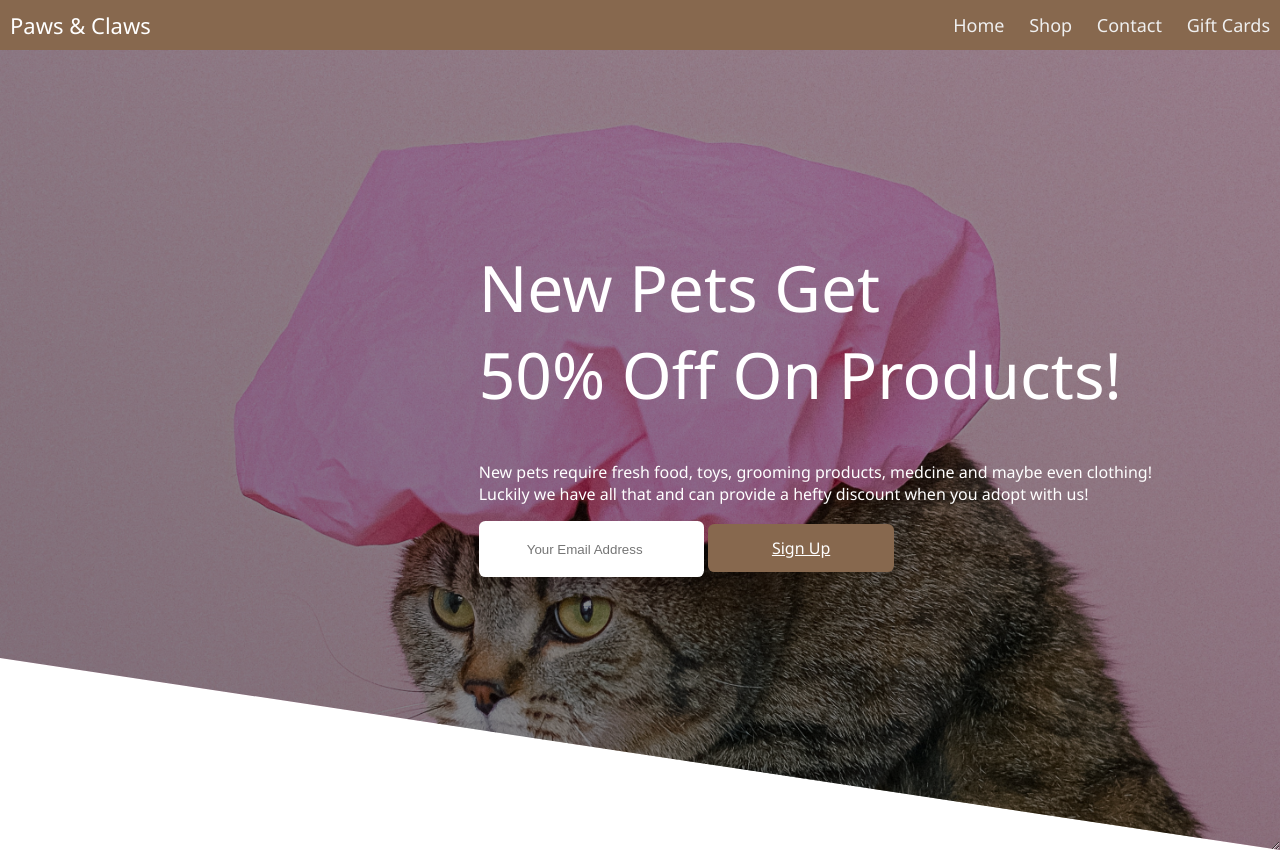
Repository: LtGriff/petProject
Page: dist/about.html
These files come from the project's save history. The page is drawn as it stood at one moment and after a run of saves; the edit follows.
The browser window is 1280 px wide. The pictures show the whole page.

Above is the page before, as saved 2022-05-19 07:52:24.

After the next 4 saves:
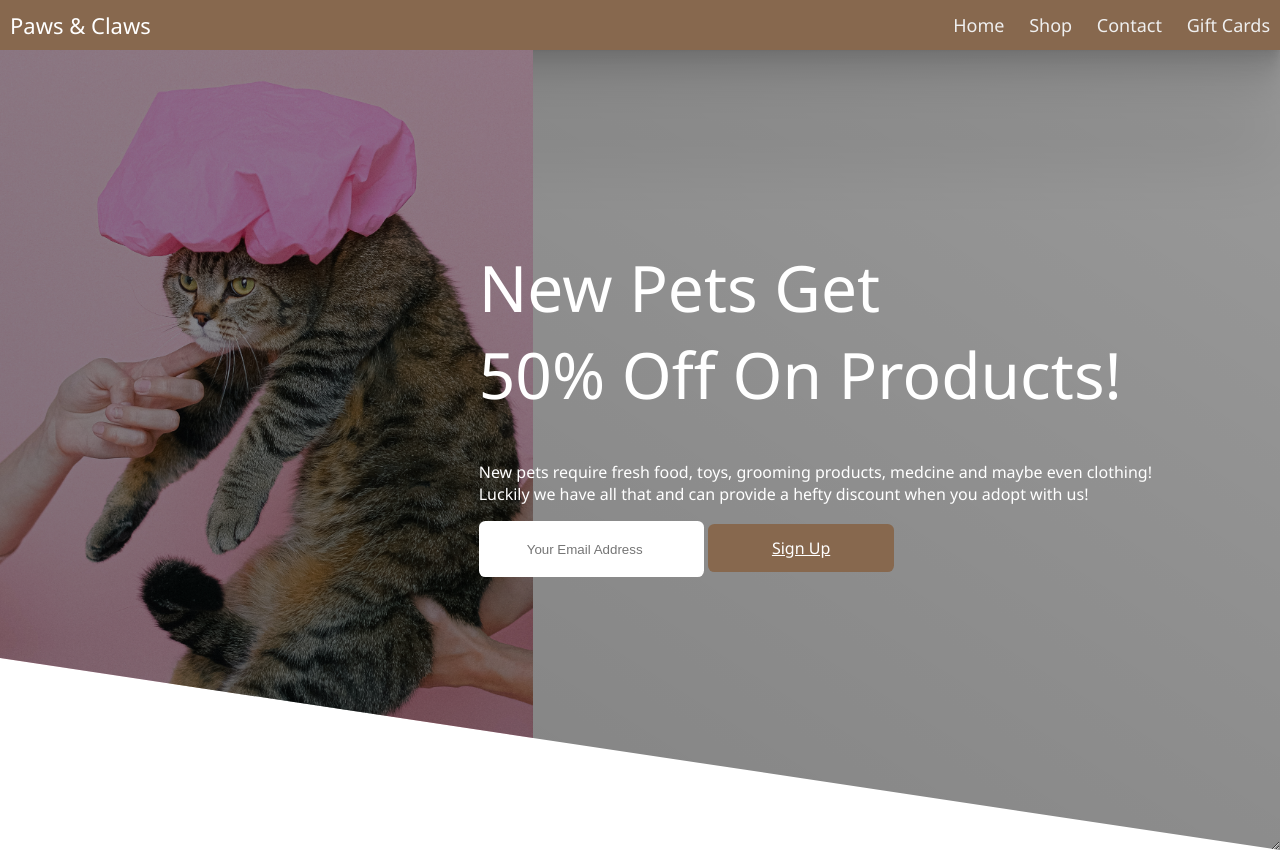
The 4 saves are shown as one change because they came seconds apart.
The last was saved 47 s later.
--- a/dist/CSS/about.css
+++ b/dist/CSS/about.css
@@ -77,7 +77,8 @@
         rgba(0, 0, 0, 0.4),
         rgba(0, 0, 0, 0.5)),
     url("../img/catpink.jpg");
-    background-size: cover;
+    background-size: contain;
+    background-repeat: no-repeat;
     width: auto;
     height: 800px;
     resize: both;
